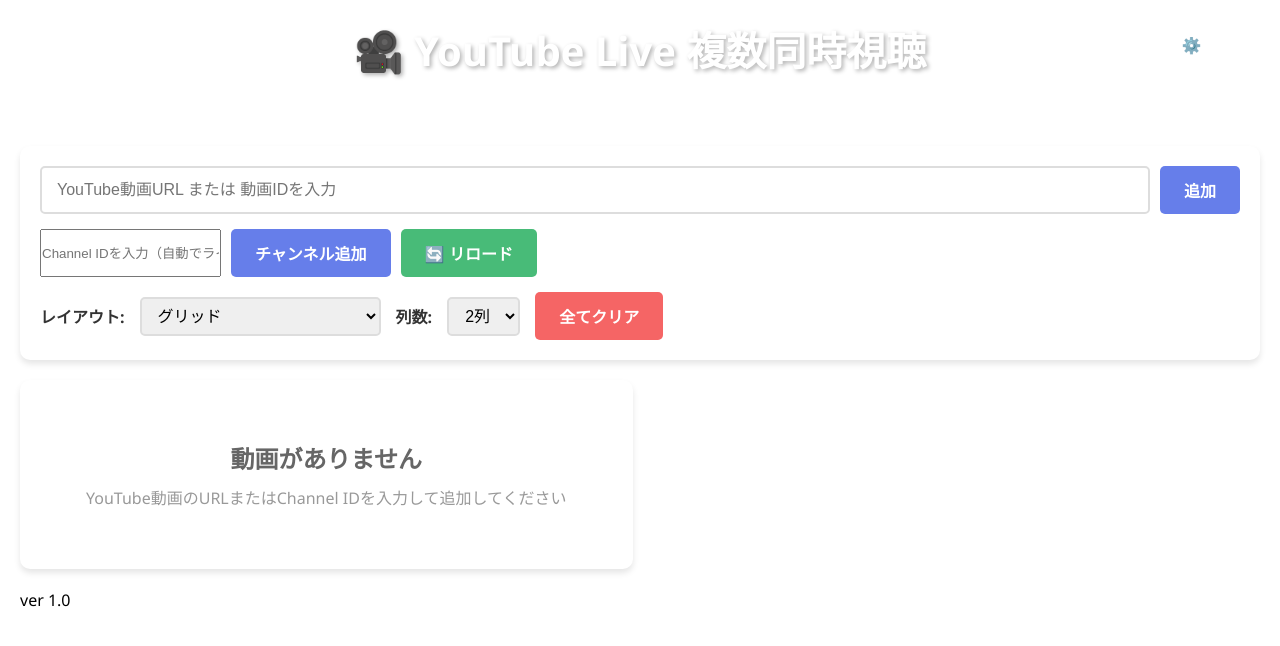
Repository: ChihaluCoding/YouTube_Live
Page: index.html
The author's editor kept a copy of each file at every save. The page is drawn from the files as they stood at one save, then again after the next save.
The browser window is 1280 px wide. The pictures show the whole page.

Above is the page before, as saved 2025-10-10 11:15:57.

After the next save:
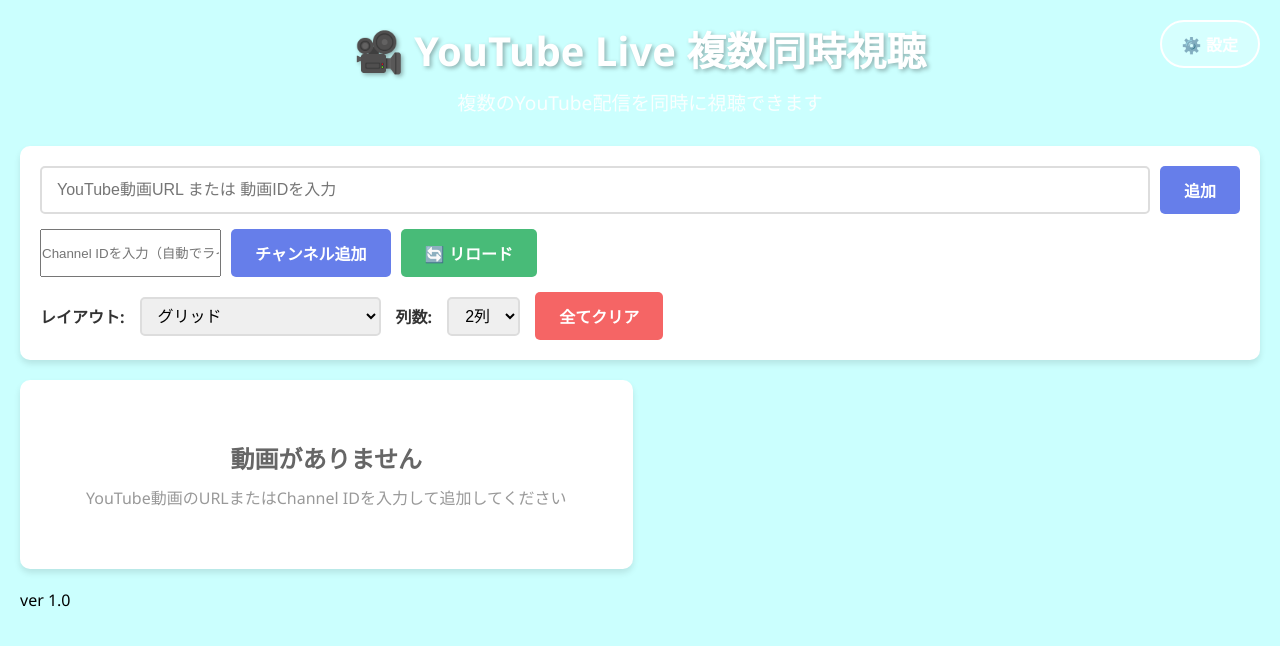
Saved 9 s later.
--- a/styles.css
+++ b/styles.css
@@ -6,7 +6,7 @@
 
 body {
     font-family: 'Segoe UI', Tahoma, Geneva, Verdana, sans-serif;
-    background-color: ;
+    background-color: #cbfffe;
     min-height: 100vh;
     padding: 20px;
 }
